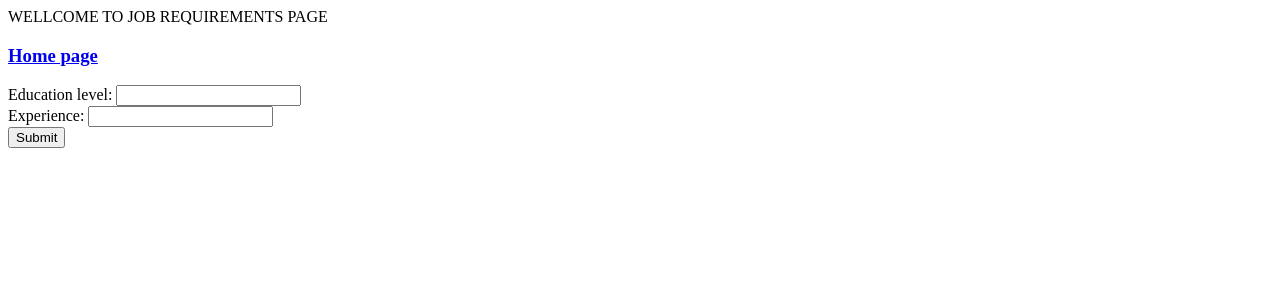
Repository: wizard991-ui/django_recruitment
Page: http://localhost/addjorequirement/
The author's editor kept a copy of each file at every save. The page is drawn from the files as they stood at one save, then again after the next save.
The browser window is 1280 px wide. The pictures show the whole page.
The page is served by the project's application, run on Django 5.2 (manage.py). Other server files are loaded and not shown.

Above is the page before, as saved 2024-11-06 00:53:45.

### recruitment_app/templates/addjobrequirement.html
<!DOCTYPE html>
<html lang="en">
<head>
    <meta charset="UTF-8">
    <meta name="viewport" content="width=device-width, initial-scale=1.0">
    <title>addapplicant</title>
</head>
<body>
    WELLCOME TO JOB REQUIREMENTS PAGE
        <a href ="{% url 'index_page'%}"> <h3>Home page</h3></a>


            <form method="POST">
                {% csrf_token %}
                {{form}}
                <input type='submit'>

            </form>
</body>
</html>

### recruitment_app/forms.py
from django.forms import ModelForm

from recruitment_app.models import Applicant,Employer,Application,Jobposting,Qualification,Jobrequirements

class Applicant_form(ModelForm):
    class Meta:
        model = Applicant
        fields = {'Name','Date_Of_Birth','Gender','Nationality','Telephone'}

class Employer_form(ModelForm):
    class Meta:
        model = Employer
        fields = '__all__'

class Jobposting_form(ModelForm):
    class Meta:
        model = Jobposting
        fields = '__all__'

class Qualification_form(ModelForm):
    class Meta:
        model = Qualification
        fields = {'Qualification_name','Qualification_Acronym','Awarding_institution'} # use this to specify the fields to be displayed on the form

class Jobrequirements_form(ModelForm):
    class Meta:
        model = Jobrequirements
        fields = {'Education_level','Experience'}

class Application_form(ModelForm):
    class Meta:
        model = Application
        fields = {'Application_date','Application_status'}

### recruitment_app/models.py
from django.db import models

# Create your models here.
class Applicant(models.Model):
    GENDER_OPTIONS=[('M','Male'),('F','Female')]

    Name = models.CharField(max_length=50)
    Date_Of_Birth = models.DateField(auto_now=False)
    Gender = models.CharField(max_length=2, choices=GENDER_OPTIONS)
    Nationality = models.CharField(max_length=50,null=True,blank=True,default="N/A")
    Telephone = models.CharField(max_length=15)

class Employer(models.Model):
    Employer_name = models.CharField(max_length=50)
    Employer_Email = models.EmailField()
    Employer_Telephone = models.CharField(max_length=15)
    Contact_person = models.CharField(max_length=25)
    PO_Box = models.CharField(max_length=10000, null=True)
    Plot_Number = models.IntegerField(null=True, blank=True)
    Street = models.CharField(max_length=50)
    City = models.CharField(max_length=25)
    Country=models.CharField(max_length=20)

class Jobposting(models.Model):
    Position_Title = models.CharField(max_length=50)
    Department = models.CharField(max_length=50)
    Vacancies_Available = models.IntegerField()
    Posting_Date = models.DateField(auto_now=False)
    Application_Deadline = models.DateField(auto_now=False)

class Qualification(models.Model):
    Applicant_ID = models.ForeignKey(Applicant,on_delete = models.CASCADE)
    Qualification_name = models.CharField(max_length=50)
    Qualification_Acronym = models.CharField(max_length=10)
    Awarding_institution = models.CharField(max_length=50)

class Jobrequirements(models.Model):
    Position_id = models.ForeignKey(Jobposting, on_delete = models.CASCADE)
    Employer_id = models.ForeignKey(Employer, on_delete = models.CASCADE)
    Education_level = models.CharField(max_length=30)
    Experience = models.CharField(max_length=50)

class Application(models.Model):
    Applicant_id = models.ForeignKey(Applicant,on_delete = models.CASCADE)
    Position_id = models.ForeignKey(Jobposting, on_delete = models.CASCADE)
    Application_date = models.DateField(auto_now=False)
    Application_status = models.CharField(max_length=20)

### recruitment_app/views.py
from django.shortcuts import render

from recruitment_app.forms import Applicant_form, Employer_form,Jobposting_form,Qualification_form,Jobrequirements_form,Application_form

# Create your views here.
def index_view(request):
    return render(request,'index.html')

def applicant_view(request):
    return render(request, 'applicant.html')

def jobposting_view(request):
    return render(request, 'jobposting.html')

def employer_view(request):
    return render(request, 'employer.html')

def application_view(request):
    return render(request,'application.html')

def qualification_view(request):
    return render(request,'qualification.html')

def jobrequirements_view(request):
    return render(request, 'jobrequirements.html')

# creating Form views

def add_applicant_View(request):
    if request.method == 'POST':
        applicant_form = Applicant_form(request.POST)

        if applicant_form.is_valid():
            applicant_form.save()
    else: applicant_form = Applicant_form()

    context = {'form':applicant_form,}
    return render(request,'addapplicant.html',context)

def add_employer_view(request):
    if request.method == 'POST':
        employer_form = Employer_form(request.POST)

        if employer_form.is_valid():
            employer_from.save()
    else: employer_form = Employer_form()

    context = {'form':employer_form,}
    return render(request,'addemployer.html',context)

def add_jobposting_view(request):
    if request.method == 'POST':
        jobposting_from = Jobposting_form(request.POST)

        if jobposting_form.is_valid():
            jobposting_form.save()
    else: jobposting_form = Jobposting_form()

    context ={'form':jobposting_form,}
    return render(request,'addjobposting.html',context)

def add_qualification_view(request):
    if request.method == 'POST':
        qualification_form = Qualification_form(request.POST)

        if qualification_form.is_valid():
            qualification_form.save()

    else: qualification_form = Qualification_form()

    context={'form':qualification_form,}
    return render(request,'addqualification.html',context)

def add_jobrequirements_view(request):
    if request.method=='POST':
        jobrequirement_form = Jobrequirements_form(request.POST)

        if jobrequirement_form.is_valid():
            jobrequirement_form.save()

    else: jobrequirement_form = Jobrequirements_form()

    context={'form':jobrequirement_form,}
    return render(request,'addjobrequirement.html',context)

### recruitment_pj/urls.py
"""
URL configuration for recruitment_pj project.

The `urlpatterns` list routes URLs to views. For more information please see:
    https://docs.djangoproject.com/en/5.1/topics/http/urls/
Examples:
Function views
    1. Add an import:  from my_app import views
    2. Add a URL to urlpatterns:  path('', views.home, name='home')
Class-based views
    1. Add an import:  from other_app.views import Home
    2. Add a URL to urlpatterns:  path('', Home.as_view(), name='home')
Including another URLconf
    1. Import the include() function: from django.urls import include, path
    2. Add a URL to urlpatterns:  path('blog/', include('blog.urls'))
"""
from django.contrib import admin
from django.urls import path
from recruitment_app.views import index_view,applicant_view,jobposting_view,employer_view,jobrequirements_view, qualification_view, application_view,add_applicant_View,add_employer_view, add_jobposting_view,add_qualification_view,add_jobrequirements_view

urlpatterns = [
    path('admin/', admin.site.urls),
    path('', index_view, name='index_page'),
    path('applicant/', applicant_view, name='applicant_page'),
    path('jobposting/', jobposting_view, name='jobposting_page'),
    path('employer/', employer_view, name='employer_page'),
    path('jobrequirements/', jobrequirements_view, name='jobrequirements_page'),
    path('application/', application_view, name ='application_page'),
    path('qualification/', qualification_view, name = 'qualification_page'),
    path('addapplicant/',add_applicant_View, name="addapplicant_page"),
    path('addemployer/',add_employer_view, name='addemployer_page'),
    path('addjobposting/',add_jobposting_view, name='addjobposting_page'),
    path('addqualification/', add_qualification_view, name='addqualification_page'),
    path('addjorequirement/',add_jobrequirements_view, name ='addrequirement_page')
]

After the next save:
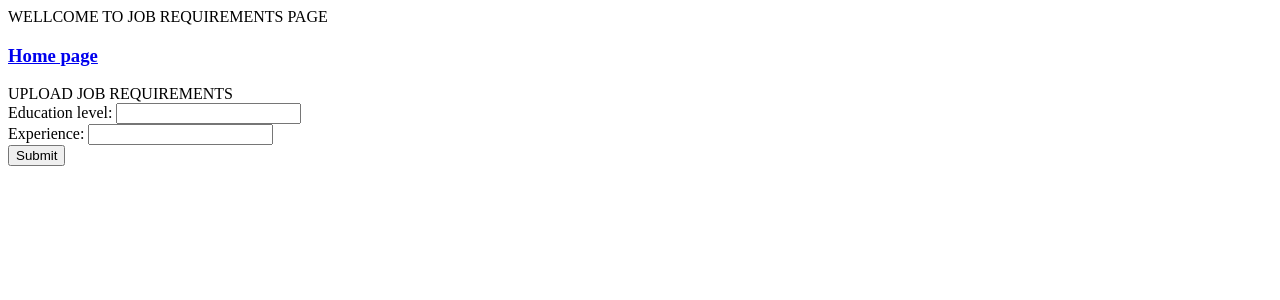
Saved 8 s later.
--- a/recruitment_app/templates/addjobrequirement.html
+++ b/recruitment_app/templates/addjobrequirement.html
@@ -9,7 +9,7 @@
     WELLCOME TO JOB REQUIREMENTS PAGE
         <a href ="{% url 'index_page'%}"> <h3>Home page</h3></a>
 
-
+            UPLOAD JOB REQUIREMENTS
             <form method="POST">
                 {% csrf_token %}
                 {{form}}
